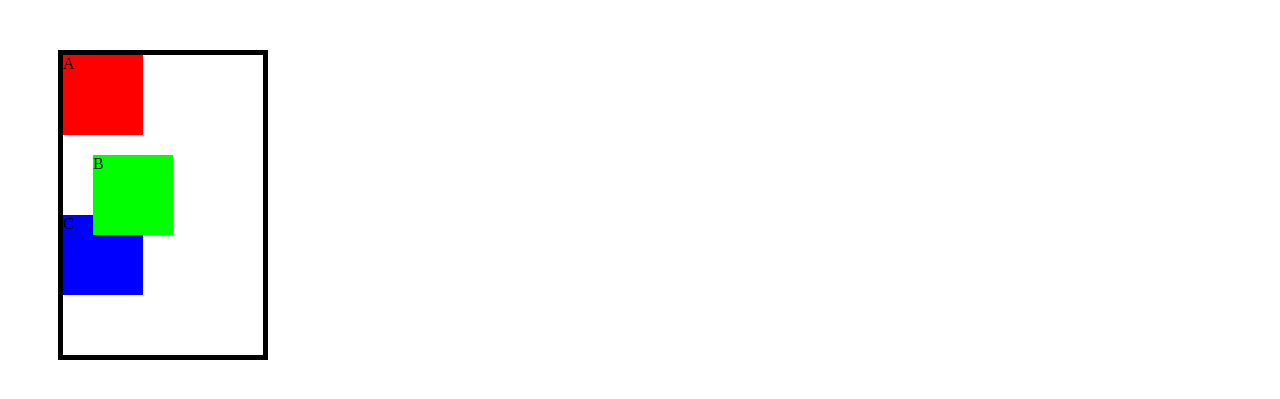
Repository: dudadab/Hhyundaiezwel_Academy
Page: CSS01/src/main/webapp/11_position.html
The author's editor kept a copy of each file at every save. The page is drawn from the files as they stood at one save, then again after the next save.
The browser window is 1280 px wide. The pictures show the whole page.

Above is the page before, as saved 2025-07-02 01:14:07.

### CSS01/src/main/webapp/11_position.html
<!DOCTYPE html>
<html>
<head>
<meta charset="UTF-8">
<title>Position 속성</title>
    <style type="text/css">
    	#parent {
    		width:200px;
    		height:300px;
    		border:solid 5px #000;
    		margin:50px 0 0 50px;
    	}
		#boxA, #boxB, #boxC {
			width:80px;
			height:80px;
		}
		#boxA {background-color:#ff0000;}
		#boxB {background-color:#00ff00;}
		#boxC {background-color:#0000ff;}

		#boxB{
			position:relative;
			top:20px;
			left:30px;
		}
	</style>
</head>

<body>
	<div id="parent">
        <div id="boxA">A</div>
        <div id="boxB">B</div>
        <div id="boxC">C</div>
	</div>
</body>
</html>

After the next save:
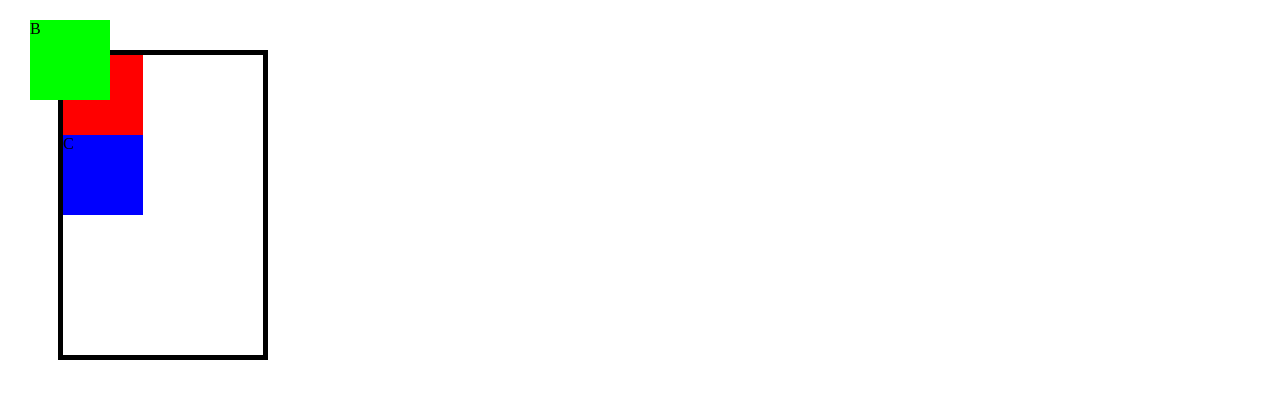
Saved 2 min 22 s later.
--- a/CSS01/src/main/webapp/11_position.html
+++ b/CSS01/src/main/webapp/11_position.html
@@ -19,7 +19,8 @@
 		#boxC {background-color:#0000ff;}
 
 		#boxB{
-			position:relative;
+			/*position:relative; /*static에 해당되는 위치를 기준으로 여백 결정*/
+			position:absolute;
 			top:20px;
 			left:30px;
 		}
